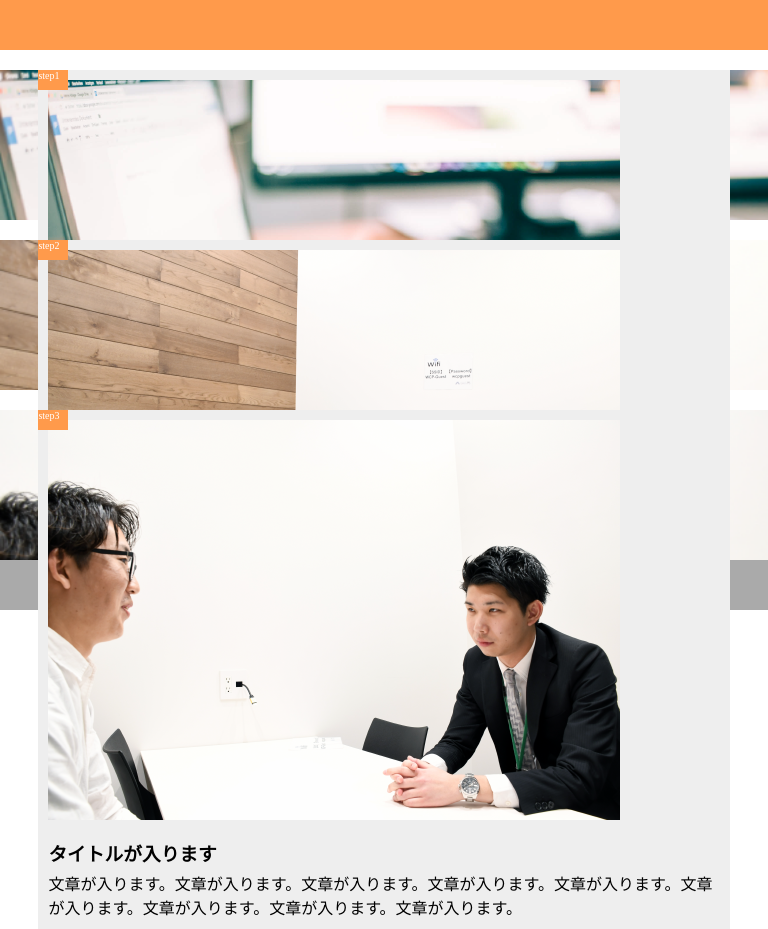
Repository: hira14t/git-practice
Page: kadai1/kadai1.html
The author's editor kept a record of every edit. The page is drawn from the files as they stood at one moment, then again after the next edit.
The browser window is 768 px wide. The pictures show the whole page.

Above is the page before.

After the next edit:
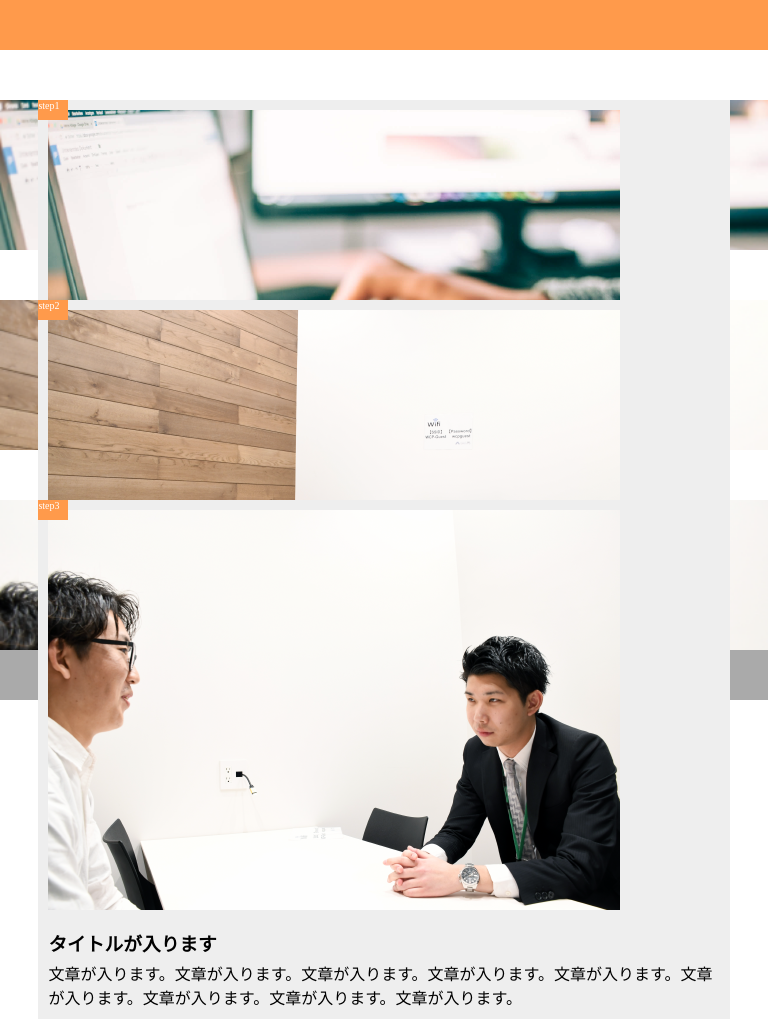
The edit:
--- a/kadai1/kadai1.css
+++ b/kadai1/kadai1.css
@@ -103,6 +103,11 @@
   width: 90%;
 }
 
+.item:first-child {
+  margin-top: 50px;
+}
+
+
 item:last-child {
   margin-bottom: 50px;
 }
